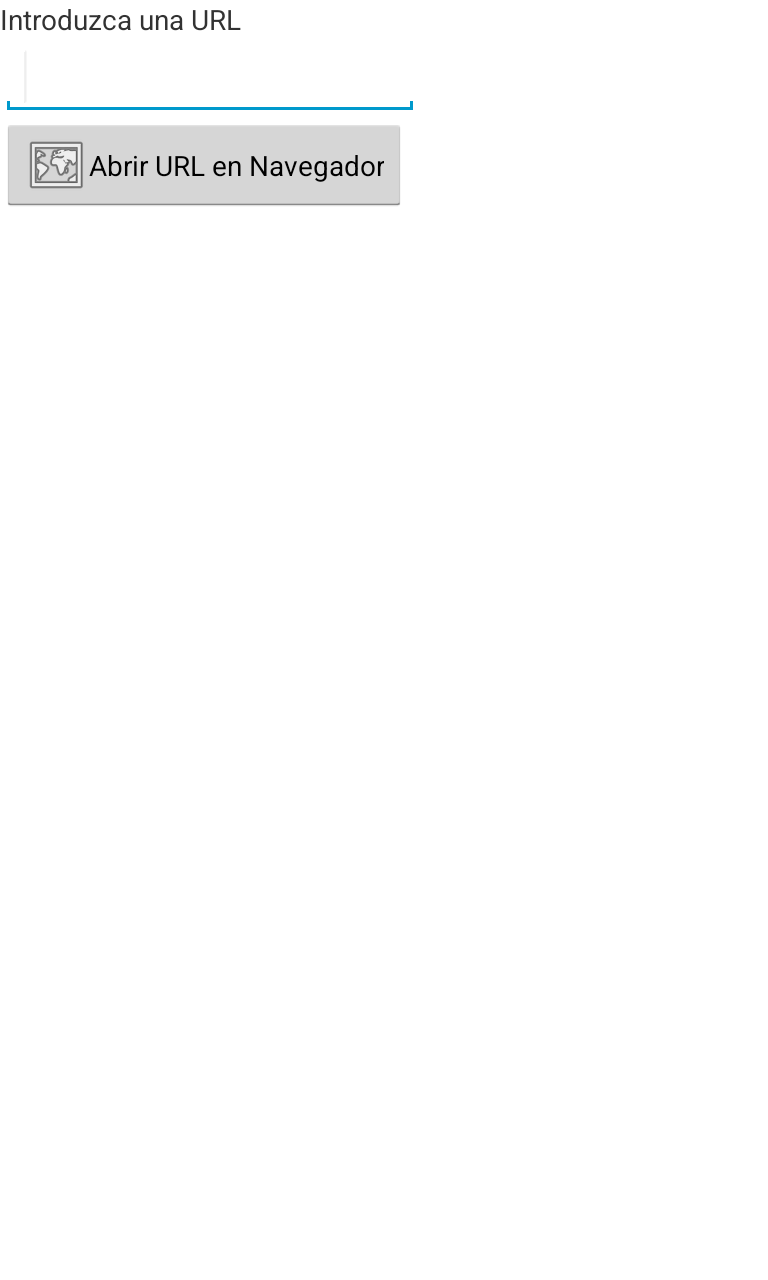
Repository: miguelcamposdev/cursoandroid
Layout: 01 Activities/MiguelBrowser/res/layout/activity_main.xml
An editor plug-in stored every save of this project. The layout is shown before and after a run of saves, followed by the edit.
It is drawn on a 768 x 1280 px phone screen (xhdpi) without system bars, with theme AppTheme; the app's code is not run.

Above is the layout before, as saved 2014-11-13 16:36:28.

After the next 2 saves:
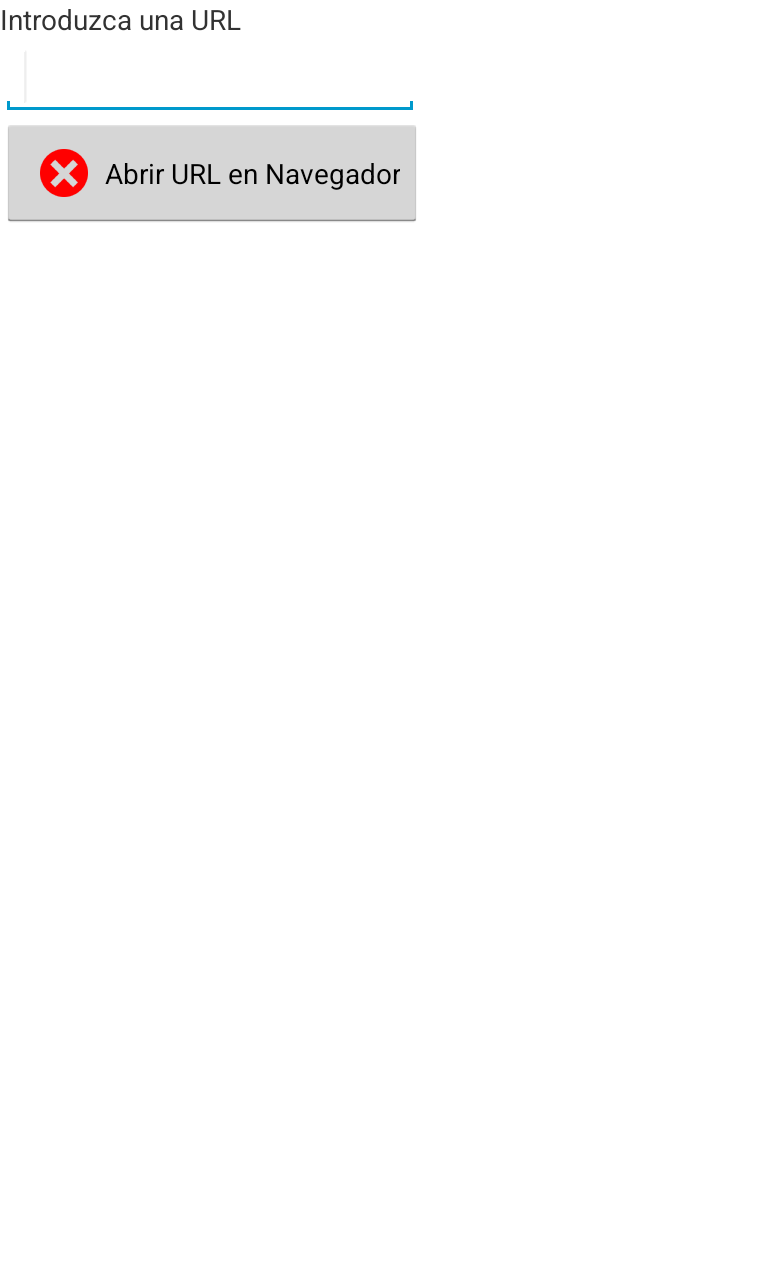
The 2 saves are shown as one change because 1 did not build or start.
The last was saved 11 min 45 s later.
--- a/01 Activities/MiguelBrowser/res/layout/activity_main.xml
+++ b/01 Activities/MiguelBrowser/res/layout/activity_main.xml
@@ -29,7 +29,7 @@
         android:layout_height="wrap_content"
         android:layout_alignParentLeft="true"
         android:layout_below="@+id/editTextUrl"
-        android:drawableLeft="@android:drawable/ic_menu_mapmode"
+        android:drawableLeft="@drawable/ic_error"
         android:text="@string/btn_abrir_url" />
 
 </RelativeLayout>
